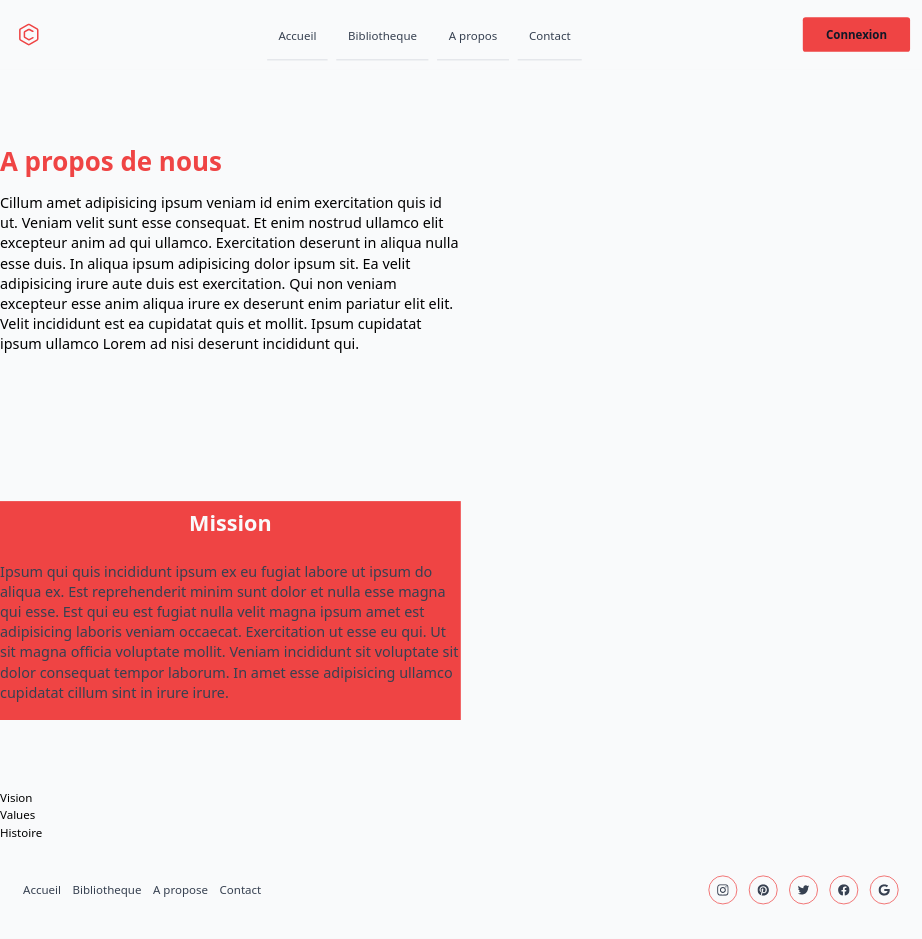
Repository: erulabs243/museum
Page: /about
These files come from the project's save history. The page is drawn as it stood at one moment and after the next save; the edit follows.
The browser window is 1280 px wide. The pictures show the whole page, at 72% of full size.
The project was rebuilt for these pictures with package versions that can differ from the ones it lists, and the page was loaded fresh each time. Also part of the build but not shown: vite.config.js, src/pages/admin/Home.jsx, src/pages/commons/NotFound.jsx, src/components/atoms/TagBadge.jsx, src/components/atoms/MyAudioPlayer.jsx, src/components/atoms/MyVideoPlayer.jsx, src/components/atoms/MediaCard.jsx, src/components/sections/Testimonial.jsx and 16 more.

Above is the page before, as saved 2022-08-10 14:11:45.

### index.html
<!DOCTYPE html>
<html lang="en">
  <head>
    <meta charset="UTF-8" />
    <link rel="icon" type="image/svg+xml" href="/vite.svg" />
    <link rel="stylesheet" href="src/theme/App.css">
    <meta name="viewport" content="width=device-width, initial-scale=1.0" />
    <title>Museum...</title>
  </head>
  <body class="bg-gray-50">
    <div id="root"></div>
    <script type="module" src="/src/main.jsx"></script>
  </body>
</html>

### src/App.jsx
'use strict';

import {BrowserRouter, Route, Routes} from 'react-router-dom';
import { AdminRoutes, CommonsRoutes, UserRoutes, AuthRoutes } from './routes';

const App = () => {
  return (
      <BrowserRouter>
        <Routes>
          {AuthRoutes.map(route => <Route path={route.path} key={route.path} element={route.element} />)}
          {UserRoutes.map(route => <Route path={route.path} key={route.path} element={route.element} />)}
          {AdminRoutes.map(route => <Route path={route.path} key={route.path} element={route.element} />)}
          {CommonsRoutes.map(route => <Route path={route.path} key={route.path} element={route.element} />)}
        </Routes>
      </BrowserRouter>
  );
};

export default App

### src/routes/index.jsx
'use strict';

import AdminRoutes from "./AdminRoutes";
import CommonsRoutes from "./CommonsRoutes";
import UserRoutes from "./UserRoutes";
import AuthRoutes from "./AuthRoutes";

export {UserRoutes, AdminRoutes, CommonsRoutes, AuthRoutes};

### src/routes/AdminRoutes.jsx
'use strict';

import { Home } from "../pages/admin";

const AdminRoutes = [
    {
        path: '/admin',
        element: <Home />
    }
];

export default AdminRoutes;

### src/routes/CommonsRoutes.jsx
'use strict';

import {NotFound} from '../pages/commons';

const CommonsRoutes = [
    {
        path: '*',
        element: <NotFound />
    }
]

export default CommonsRoutes;

### src/routes/UserRoutes.jsx
'use strict';

import {
    About,
    Contact,
    Gallery,
    Home,
    Library,
    Podcast,
    Story,
    Testimonials,
    Videos
} from '../pages/user';

const UserRoutes = [
    {
        path: '/',
        element: <Home />
    },
    {
        path: '/contact',
        element: <Contact />
    },
    {
        path: '/library',
        element: <Library />
    },
    {
        path: '/stories',
        element: <Testimonials />
    },
    {
        path: '/stories/:slug',
        element: <Story />
    },
    {
        path: '/gallery',
        element: <Gallery />
    },
    {
        path: '/videos',
        element: <Videos />
    },
    {
        path: '/podcast',
        element: <Podcast />
    },
    {
        path: '/about',
        element: <About />
    }
];

export default UserRoutes;

### src/routes/AuthRoutes.jsx
'use strict';

import {Login} from '../pages/auth';

const AuthRoutes = [
    {
        path: '/login',
        element: <Login />
    }
];

export default AuthRoutes;

### src/pages/admin/index.jsx
'use strict';

import Home from './Home';

export {Home};

### src/pages/commons/index.jsx
'use strict';

import NotFound from './NotFound';

export {NotFound};

### src/pages/user/index.jsx
'use strict';

import Blog from './Blog';
import Contact from './Contact';
import Gallery from './Gallery';
import Library from './Library';
import Podcast from './Podcast';
import Testimonials from './Testimonials';
import Videos from './Videos';
import Home from './Home';
import Story from './Story';
import About from './About';

export { Home, Blog, Contact, Gallery, Library, Podcast, Testimonials, Videos, Story, About };

### src/pages/auth/index.jsx
'use strict';

import Login from "./Login";

export {Login};

### src/pages/user/About.jsx
'use strict';

import { Footer, Navbar } from '../../components/sections';

const About = () => {
    return (
        <main>
            <Navbar />

            {/* ABOUT */}
            <section className="py-24 bg-gray-50">
                <div className="flex flex-col w-2/3 mx-auto">
                    <h1 className="font-semibold text-4xl text-red-500 py-3">A propos de nous</h1>
                    <div className="grid grid-cols-2 py-3">
                        <p className="text-xl">
                            Cillum amet adipisicing ipsum veniam id enim exercitation quis id ut.
                            Veniam velit sunt esse consequat. Et enim nostrud ullamco elit excepteur
                            anim ad qui ullamco. Exercitation deserunt in aliqua nulla esse duis. In
                            aliqua ipsum adipisicing dolor ipsum sit. Ea velit adipisicing irure
                            aute duis est exercitation. Qui non veniam excepteur esse anim aliqua
                            irure ex deserunt enim pariatur elit elit. Velit incididunt est ea
                            cupidatat quis et mollit. Ipsum cupidatat ipsum ullamco Lorem ad nisi
                            deserunt incididunt qui.
                        </p>
                    </div>
                </div>
            </section>

            {/* MISSION */}
            <section className="py-24 ">
                <div className="grid grid-cols-2">
                    <div className="bg-red-500 text-gray-50 p-24">
                        <h1 className="text-3xl text-center py-3 font-semibold">Mission</h1>
                        <p className="text-xl w-2/3 text-gray-700 mx-auto py-6">
                            Ipsum qui quis incididunt ipsum ex eu fugiat labore ut ipsum do aliqua
                            ex. Est reprehenderit minim sunt dolor et nulla esse magna qui esse. Est
                            qui eu est fugiat nulla velit magna ipsum amet est adipisicing laboris
                            veniam occaecat. Exercitation ut esse eu qui. Ut sit magna officia
                            voluptate mollit. Veniam incididunt sit voluptate sit dolor consequat
                            tempor laborum. In amet esse adipisicing ullamco cupidatat cillum sint
                            in irure irure.
                        </p>
                    </div>
                </div>
            </section>

            {/* VISION */}
            <h1>Vision</h1>

            {/* VALUES */}
            <h1>Values</h1>

            {/* STORY */}
            <h1>Histoire</h1>
            <Footer />
        </main>
    );
};

export default About;

### src/components/sections/index.jsx
'use strict';

import Navbar from './Navbar';
import Footer from './Footer';
import Testimonial from './Testimonial';
import LibraryHeader from './LibraryHeader';
import Pagination from './Pagination';
import Article from './Article';
import Image from './Image';
import Modal from './Modal';

export { Navbar, Footer, Testimonial, LibraryHeader, Pagination, Article, Image, Modal };

### src/components/atoms/index.jsx
'use strict';

import NavLink from './headers/NavLink';
import Button from './headers/Button';
import TagBadge from './TagBadge';
import MyAudioPlayer from './MyAudioPlayer';
import MyVideoPlayer from './MyVideoPlayer';
import MediaCard from './MediaCard';

export { Button, NavLink, TagBadge, MyAudioPlayer, MyVideoPlayer, MediaCard };

### src/components/sections/Navbar.jsx
'use strict';

import { Button, NavLink } from '../atoms';

const setActiveMenu = (menu) => {
    const urlHref = window.location.href;
    let url = urlHref;
    url = url.substring(url.lastIndexOf('/') + 1);
    if (
        urlHref.includes('stories') ||
        urlHref.includes('videos') ||
        urlHref.includes('podcast') ||
        urlHref.includes('gallery')
    )
        url = 'library';

    return menu == 'home' && url == '' ? true : url.includes(menu);
};

const Navbar = () => {
    return (
        <header className="p-4 sticky top-0 bg-gray-50 text-gray-700">
            <div className="container flex justify-between h-16 mx-auto">
                <a
                    rel="noopener noreferrer"
                    href="#"
                    aria-label="Back to homepage"
                    className="flex items-center p-2">
                    <svg
                        xmlns="http://www.w3.org/2000/svg"
                        fill="currentColor"
                        viewBox="0 0 32 32"
                        className="w-8 h-8 text-red-500">
                        <path d="M27.912 7.289l-10.324-5.961c-0.455-0.268-1.002-0.425-1.588-0.425s-1.133 0.158-1.604 0.433l0.015-0.008-10.324 5.961c-0.955 0.561-1.586 1.582-1.588 2.75v11.922c0.002 1.168 0.635 2.189 1.574 2.742l0.016 0.008 10.322 5.961c0.455 0.267 1.004 0.425 1.59 0.425 0.584 0 1.131-0.158 1.602-0.433l-0.014 0.008 10.322-5.961c0.955-0.561 1.586-1.582 1.588-2.75v-11.922c-0.002-1.168-0.633-2.189-1.573-2.742zM27.383 21.961c0 0.389-0.211 0.73-0.526 0.914l-0.004 0.002-10.324 5.961c-0.152 0.088-0.334 0.142-0.53 0.142s-0.377-0.053-0.535-0.145l0.005 0.002-10.324-5.961c-0.319-0.186-0.529-0.527-0.529-0.916v-11.922c0-0.389 0.211-0.73 0.526-0.914l0.004-0.002 10.324-5.961c0.152-0.090 0.334-0.143 0.53-0.143s0.377 0.053 0.535 0.144l-0.006-0.002 10.324 5.961c0.319 0.185 0.529 0.527 0.529 0.916z"></path>
                        <path d="M22.094 19.451h-0.758c-0.188 0-0.363 0.049-0.515 0.135l0.006-0.004-4.574 2.512-5.282-3.049v-6.082l5.282-3.051 4.576 2.504c0.146 0.082 0.323 0.131 0.508 0.131h0.758c0.293 0 0.529-0.239 0.529-0.531v-0.716c0-0.2-0.11-0.373-0.271-0.463l-0.004-0.002-5.078-2.777c-0.293-0.164-0.645-0.26-1.015-0.26-0.39 0-0.756 0.106-1.070 0.289l0.010-0.006-5.281 3.049c-0.636 0.375-1.056 1.055-1.059 1.834v6.082c0 0.779 0.422 1.461 1.049 1.828l0.009 0.006 5.281 3.049c0.305 0.178 0.67 0.284 1.061 0.284 0.373 0 0.723-0.098 1.027-0.265l-0.012 0.006 5.080-2.787c0.166-0.091 0.276-0.265 0.276-0.465v-0.716c0-0.293-0.238-0.529-0.529-0.529z"></path>
                    </svg>
                </a>
                <ul className="items-stretch hidden space-x-3 lg:flex">
                    <li className="flex">
                        <NavLink
                            link={{ name: 'Accueil', path: '', active: setActiveMenu('home') }}
                        />
                    </li>
                    <li className="flex">
                        <NavLink
                            link={{
                                name: 'Bibliotheque',
                                path: 'stories',
                                active: setActiveMenu('library')
                            }}
                        />
                    </li>
                    <li className="flex">
                        <NavLink
                            link={{
                                name: 'A propos',
                                path: 'about',
                                active: setActiveMenu('about')
                            }}
                        />
                    </li>
                    <li className="flex">
                        <NavLink
                            link={{
                                name: 'Contact',
                                path: 'contact',
                                active: setActiveMenu('contact')
                            }}
                        />
                    </li>
                </ul>
                <div className="items-center flex-shrink-0 hidden lg:flex">
                    {/* <button className="self-center px-8 py-3 rounded">Sign in</button> */}
                    <Button link={{ name: 'Connexion' }} />
                </div>
                <button className="p-4 lg:hidden">
                    <svg
                        xmlns="http://www.w3.org/2000/svg"
                        fill="none"
                        viewBox="0 0 24 24"
                        stroke="currentColor"
                        className="w-6 h-6 text-gray-100">
                        <path
                            strokeLinecap="round"
                            strokeLinejoin="round"
                            strokeWidth="2"
                            d="M4 6h16M4 12h16M4 18h16"></path>
                    </svg>
                </button>
            </div>
        </header>
    );
};

export default Navbar;

### src/components/sections/Footer.jsx
'use strict';

import { Link } from 'react-router-dom';

const Footer = () => {
    return (
        <footer className="bg-gray-50 text-gray-700">
            <div className="container flex flex-col p-4 mx-auto md:p-8 lg:flex-row divide-gray-400">
                <ul className="self-center py-6 space-y-4 text-center sm:flex sm:space-y-0 sm:justify-around sm:space-x-4 lg:flex-1 lg:justify-start">
                    <li>
                        <Link to="/" className="hover:text-red-500">
                            Accueil
                        </Link>
                    </li>
                    <li>
                        <Link to="/library" className="hover:text-red-500">
                            Bibliotheque
                        </Link>
                    </li>
                    <li>
                        <Link to="/about" className="hover:text-red-500">
                            A propose
                        </Link>
                    </li>
                    <li>
                        <Link to="/contact" className="hover:text-red-500">
                            Contact
                        </Link>
                    </li>
                </ul>
                <div className="flex flex-col justify-center pt-6 lg:pt-0">
                    <div className="flex justify-center space-x-4">
                        <a
                            rel="noopener noreferrer"
                            href="#"
                            title="Instagram"
                            className="flex items-center justify-center w-8 h-8 rounded-full sm:w-10 sm:h-10 border-red-500 border hover:bg-red-500 hover:text-gray-100 text-gray-700">
                            <svg
                                xmlns="http://www.w3.org/2000/svg"
                                viewBox="0 0 32 32"
                                fill="currentColor"
                                className="w-4 h-4">
                                <path d="M16 0c-4.349 0-4.891 0.021-6.593 0.093-1.709 0.084-2.865 0.349-3.885 0.745-1.052 0.412-1.948 0.959-2.833 1.849-0.891 0.885-1.443 1.781-1.849 2.833-0.396 1.020-0.661 2.176-0.745 3.885-0.077 1.703-0.093 2.244-0.093 6.593s0.021 4.891 0.093 6.593c0.084 1.704 0.349 2.865 0.745 3.885 0.412 1.052 0.959 1.948 1.849 2.833 0.885 0.891 1.781 1.443 2.833 1.849 1.020 0.391 2.181 0.661 3.885 0.745 1.703 0.077 2.244 0.093 6.593 0.093s4.891-0.021 6.593-0.093c1.704-0.084 2.865-0.355 3.885-0.745 1.052-0.412 1.948-0.959 2.833-1.849 0.891-0.885 1.443-1.776 1.849-2.833 0.391-1.020 0.661-2.181 0.745-3.885 0.077-1.703 0.093-2.244 0.093-6.593s-0.021-4.891-0.093-6.593c-0.084-1.704-0.355-2.871-0.745-3.885-0.412-1.052-0.959-1.948-1.849-2.833-0.885-0.891-1.776-1.443-2.833-1.849-1.020-0.396-2.181-0.661-3.885-0.745-1.703-0.077-2.244-0.093-6.593-0.093zM16 2.88c4.271 0 4.781 0.021 6.469 0.093 1.557 0.073 2.405 0.333 2.968 0.553 0.751 0.291 1.276 0.635 1.844 1.197 0.557 0.557 0.901 1.088 1.192 1.839 0.22 0.563 0.48 1.411 0.553 2.968 0.072 1.688 0.093 2.199 0.093 6.469s-0.021 4.781-0.099 6.469c-0.084 1.557-0.344 2.405-0.563 2.968-0.303 0.751-0.641 1.276-1.199 1.844-0.563 0.557-1.099 0.901-1.844 1.192-0.556 0.22-1.416 0.48-2.979 0.553-1.697 0.072-2.197 0.093-6.479 0.093s-4.781-0.021-6.48-0.099c-1.557-0.084-2.416-0.344-2.979-0.563-0.76-0.303-1.281-0.641-1.839-1.199-0.563-0.563-0.921-1.099-1.197-1.844-0.224-0.556-0.48-1.416-0.563-2.979-0.057-1.677-0.084-2.197-0.084-6.459 0-4.26 0.027-4.781 0.084-6.479 0.083-1.563 0.339-2.421 0.563-2.979 0.276-0.761 0.635-1.281 1.197-1.844 0.557-0.557 1.079-0.917 1.839-1.199 0.563-0.219 1.401-0.479 2.964-0.557 1.697-0.061 2.197-0.083 6.473-0.083zM16 7.787c-4.541 0-8.213 3.677-8.213 8.213 0 4.541 3.677 8.213 8.213 8.213 4.541 0 8.213-3.677 8.213-8.213 0-4.541-3.677-8.213-8.213-8.213zM16 21.333c-2.948 0-5.333-2.385-5.333-5.333s2.385-5.333 5.333-5.333c2.948 0 5.333 2.385 5.333 5.333s-2.385 5.333-5.333 5.333zM26.464 7.459c0 1.063-0.865 1.921-1.923 1.921-1.063 0-1.921-0.859-1.921-1.921 0-1.057 0.864-1.917 1.921-1.917s1.923 0.86 1.923 1.917z"></path>
                            </svg>
                        </a>
                        <a
                            rel="noopener noreferrer"
                            href="#"
                            title="Pinterest"
                            className="flex items-center justify-center w-8 h-8 rounded-full sm:w-10 sm:h-10 border-red-500 border hover:bg-red-500 hover:text-gray-100 text-gray-700">
                            <svg
                                xmlns="http://www.w3.org/2000/svg"
                                fill="currentColor"
                                viewBox="0 0 32 32"
                                className="w-4 h-4">
                                <path d="M16.021 0c-8.828 0-15.984 7.156-15.984 15.984 0 6.771 4.214 12.552 10.161 14.88-0.141-1.266-0.266-3.203 0.052-4.583 0.292-1.25 1.875-7.943 1.875-7.943s-0.479-0.964-0.479-2.375c0-2.219 1.292-3.88 2.891-3.88 1.365 0 2.026 1.021 2.026 2.25 0 1.37-0.87 3.422-1.323 5.323-0.38 1.589 0.797 2.885 2.365 2.885 2.839 0 5.026-2.995 5.026-7.318 0-3.813-2.75-6.49-6.677-6.49-4.547 0-7.214 3.417-7.214 6.932 0 1.375 0.526 2.854 1.188 3.651 0.13 0.161 0.146 0.302 0.109 0.464-0.12 0.5-0.391 1.599-0.443 1.818-0.073 0.297-0.229 0.359-0.536 0.219-1.99-0.922-3.245-3.839-3.245-6.193 0-5.036 3.667-9.672 10.563-9.672 5.542 0 9.854 3.958 9.854 9.229 0 5.516-3.474 9.953-8.307 9.953-1.62 0-3.141-0.839-3.677-1.839l-1 3.797c-0.359 1.391-1.339 3.135-2 4.193 1.5 0.458 3.078 0.714 4.734 0.714 8.813 0 15.979-7.151 15.979-15.984 0-8.828-7.167-15.979-15.979-15.979z"></path>
                            </svg>
                        </a>
                        <a
                            rel="noopener noreferrer"
                            href="#"
                            title="Twitter"
                            className="flex items-center justify-center w-8 h-8 rounded-full sm:w-10 sm:h-10 border-red-500 border hover:bg-red-500 hover:text-gray-100 text-gray-700">
                            <svg
                                xmlns="http://www.w3.org/2000/svg"
                                fill="currentColor"
                                viewBox="0 0 32 32"
                                className="w-4 h-4">
                                <path d="M31.937 6.093c-1.177 0.516-2.437 0.871-3.765 1.032 1.355-0.813 2.391-2.099 2.885-3.631-1.271 0.74-2.677 1.276-4.172 1.579-1.192-1.276-2.896-2.079-4.787-2.079-3.625 0-6.563 2.937-6.563 6.557 0 0.521 0.063 1.021 0.172 1.495-5.453-0.255-10.287-2.875-13.52-6.833-0.568 0.964-0.891 2.084-0.891 3.303 0 2.281 1.161 4.281 2.916 5.457-1.073-0.031-2.083-0.328-2.968-0.817v0.079c0 3.181 2.26 5.833 5.26 6.437-0.547 0.145-1.131 0.229-1.724 0.229-0.421 0-0.823-0.041-1.224-0.115 0.844 2.604 3.26 4.5 6.14 4.557-2.239 1.755-5.077 2.801-8.135 2.801-0.521 0-1.041-0.025-1.563-0.088 2.917 1.86 6.36 2.948 10.079 2.948 12.067 0 18.661-9.995 18.661-18.651 0-0.276 0-0.557-0.021-0.839 1.287-0.917 2.401-2.079 3.281-3.396z"></path>
                            </svg>
                        </a>
                        <a
                            rel="noopener noreferrer"
                            href="#"
                            title="Facebook"
                            className="flex items-center justify-center w-8 h-8 rounded-full sm:w-10 sm:h-10 border-red-500 border hover:bg-red-500 hover:text-gray-100 text-gray-700">
                            <svg
                                xmlns="http://www.w3.org/2000/svg"
                                fill="currentColor"
                                viewBox="0 0 32 32"
                                className="w-4 h-4">
                                <path d="M32 16c0-8.839-7.167-16-16-16-8.839 0-16 7.161-16 16 0 7.984 5.849 14.604 13.5 15.803v-11.177h-4.063v-4.625h4.063v-3.527c0-4.009 2.385-6.223 6.041-6.223 1.751 0 3.584 0.312 3.584 0.312v3.937h-2.021c-1.984 0-2.604 1.235-2.604 2.5v3h4.437l-0.713 4.625h-3.724v11.177c7.645-1.199 13.5-7.819 13.5-15.803z"></path>
                            </svg>
                        </a>
                        <a
                            rel="noopener noreferrer"
                            href="#"
                            title="Gmail"
                            className="flex items-center justify-center w-8 h-8 rounded-full sm:w-10 sm:h-10 border-red-500 border hover:bg-red-500 hover:text-gray-100 text-gray-700">
                            <svg
                                xmlns="http://www.w3.org/2000/svg"
                                fill="currentColor"
                                viewBox="0 0 32 32"
                                className="w-4 h-4">
                                <path d="M16.318 13.714v5.484h9.078c-0.37 2.354-2.745 6.901-9.078 6.901-5.458 0-9.917-4.521-9.917-10.099s4.458-10.099 9.917-10.099c3.109 0 5.193 1.318 6.38 2.464l4.339-4.182c-2.786-2.599-6.396-4.182-10.719-4.182-8.844 0-16 7.151-16 16s7.156 16 16 16c9.234 0 15.365-6.49 15.365-15.635 0-1.052-0.115-1.854-0.255-2.651z"></path>
                            </svg>
                        </a>
                    </div>
                </div>
            </div>
        </footer>
    );
};

export default Footer;

### src/components/atoms/headers/NavLink.jsx
'use strict';

import { Link } from 'react-router-dom';

const NavLink = ({ link = {} }) => {
  return (
    <Link
      rel="noopener noreferrer"
      to={`/${link.path}`}
      className={
        link.active
          ? 'flex items-center px-4 -mb-1 border-b-2 dark:border-transparent dark:text-red-500 dark:border-red-500'
          : 'flex items-center px-4 -mb-1 border-b-2 dark:border-transparent'
      }>
      {link.name}
    </Link>
  );
};

export default NavLink;

### src/components/atoms/headers/Button.jsx
'use strict';

const Button = ({ link = {} }) => {
  return (
    <button className="self-center px-8 py-3 font-semibold rounded bg-red-500 text-gray-900">
      {link.name}
    </button>
  );
};

export default Button;

Loaded but not shown: src/main.jsx (common file); src/theme/App.css (2450 lines, source omitted)

After the next save:
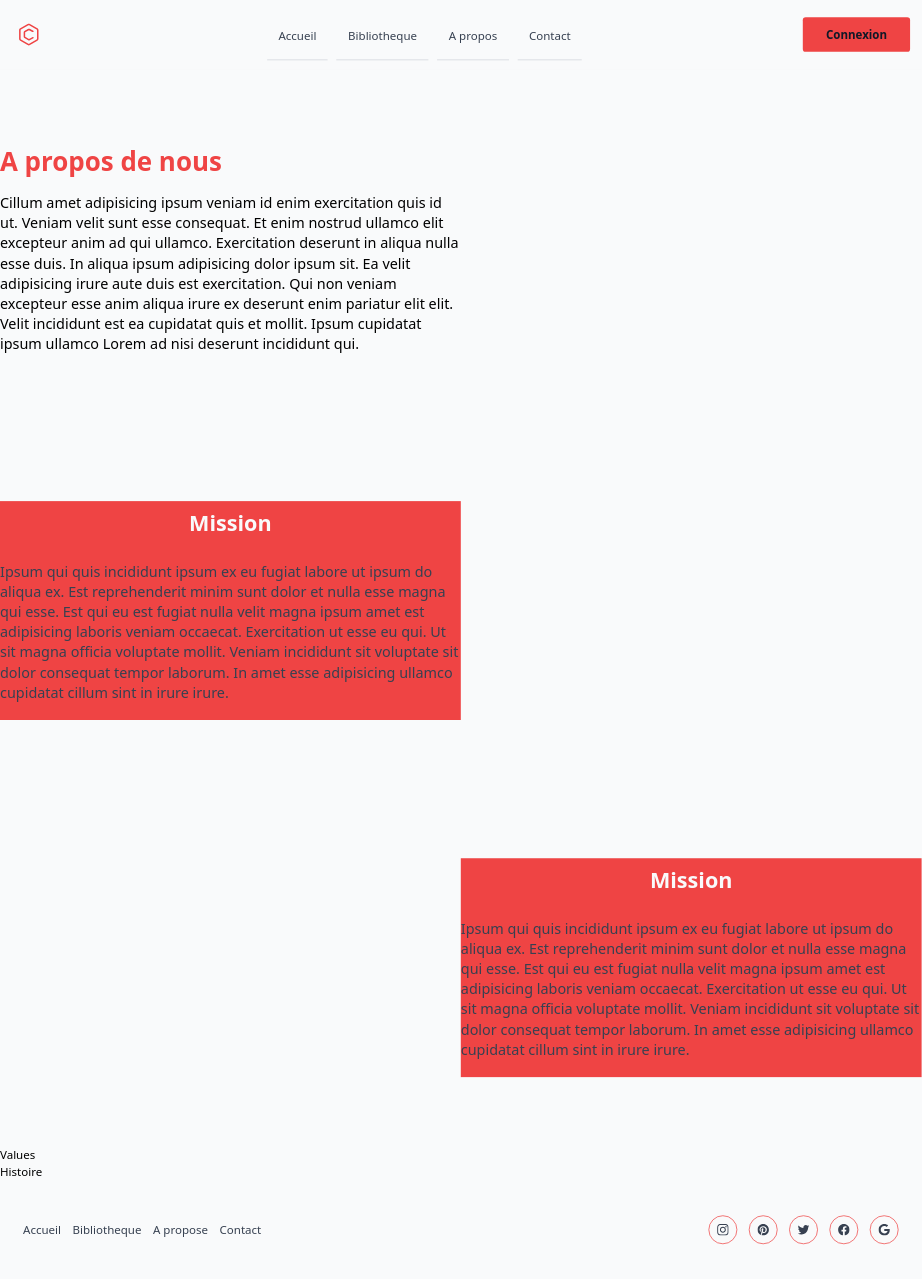
Saved 19 s later.
--- a/src/pages/user/About.jsx
+++ b/src/pages/user/About.jsx
@@ -45,7 +45,23 @@ const About = () => {
             </section>
 
             {/* VISION */}
-            <h1>Vision</h1>
+            <section className="py-24 ">
+                <div className="grid grid-cols-2">
+                    <div></div>
+                    <div className="bg-red-500 text-gray-50 p-24">
+                        <h1 className="text-3xl text-center py-3 font-semibold">Mission</h1>
+                        <p className="text-xl w-2/3 text-gray-700 mx-auto py-6">
+                            Ipsum qui quis incididunt ipsum ex eu fugiat labore ut ipsum do aliqua
+                            ex. Est reprehenderit minim sunt dolor et nulla esse magna qui esse. Est
+                            qui eu est fugiat nulla velit magna ipsum amet est adipisicing laboris
+                            veniam occaecat. Exercitation ut esse eu qui. Ut sit magna officia
+                            voluptate mollit. Veniam incididunt sit voluptate sit dolor consequat
+                            tempor laborum. In amet esse adipisicing ullamco cupidatat cillum sint
+                            in irure irure.
+                        </p>
+                    </div>
+                </div>
+            </section>
 
             {/* VALUES */}
             <h1>Values</h1>
